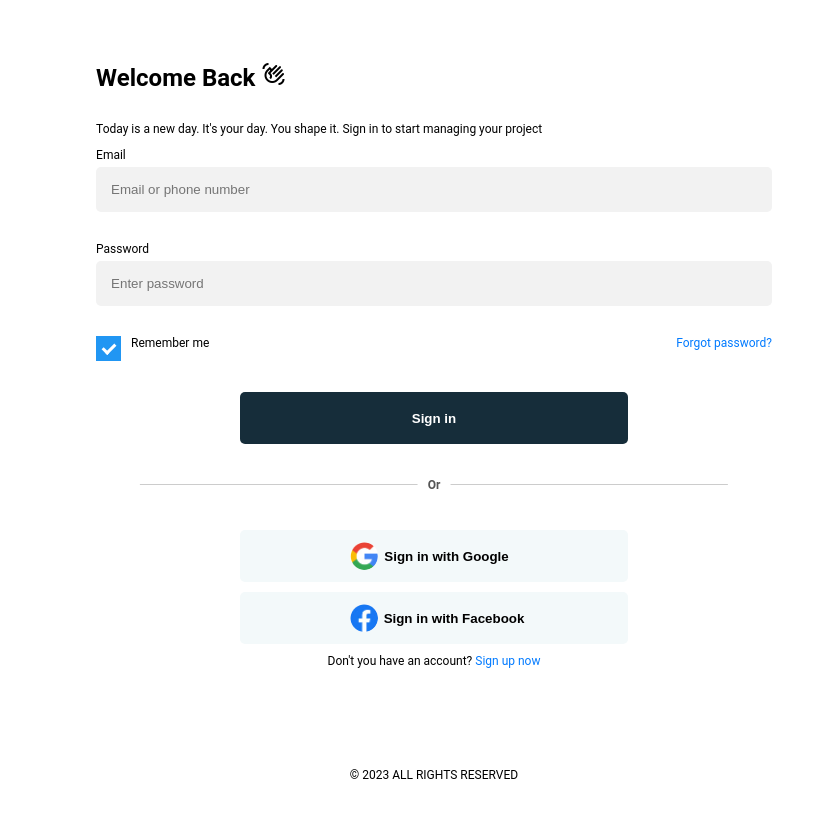
Repository: dinhtanloc/hw_web_development
Page: hw2-login-page/login.html
The author's editor kept a copy of each file at every save. The page is drawn from the files as they stood at one save, then again after the next save.
The browser window is 768 px wide. The page is 795 px wide, then 818 px, so the pictures cover 818 px, including what lies to the right of the window. The pictures show the whole page.

Above is the page before, as saved 2024-03-13 22:18:07.

After the next save:
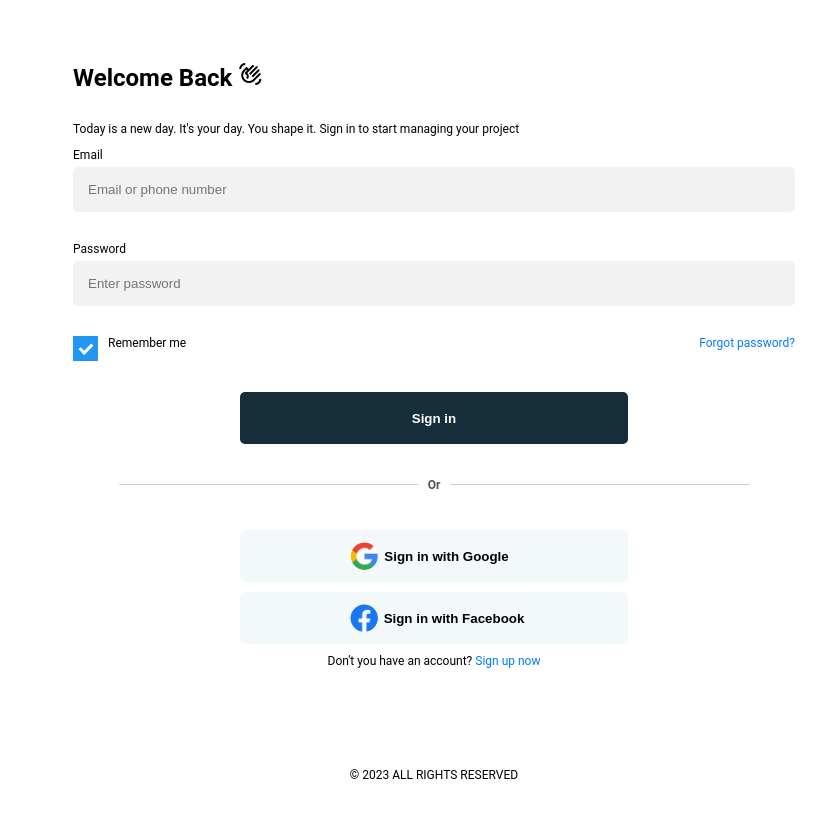
Saved 11 s later.
--- a/hw2-login-page/style.css
+++ b/hw2-login-page/style.css
@@ -255,7 +255,7 @@
         display: block;
     }
     .left-part{
-        width: 94vw;
+        width: 100vw;
         font-size: 1.5vh;
         height:50vh;
     }
